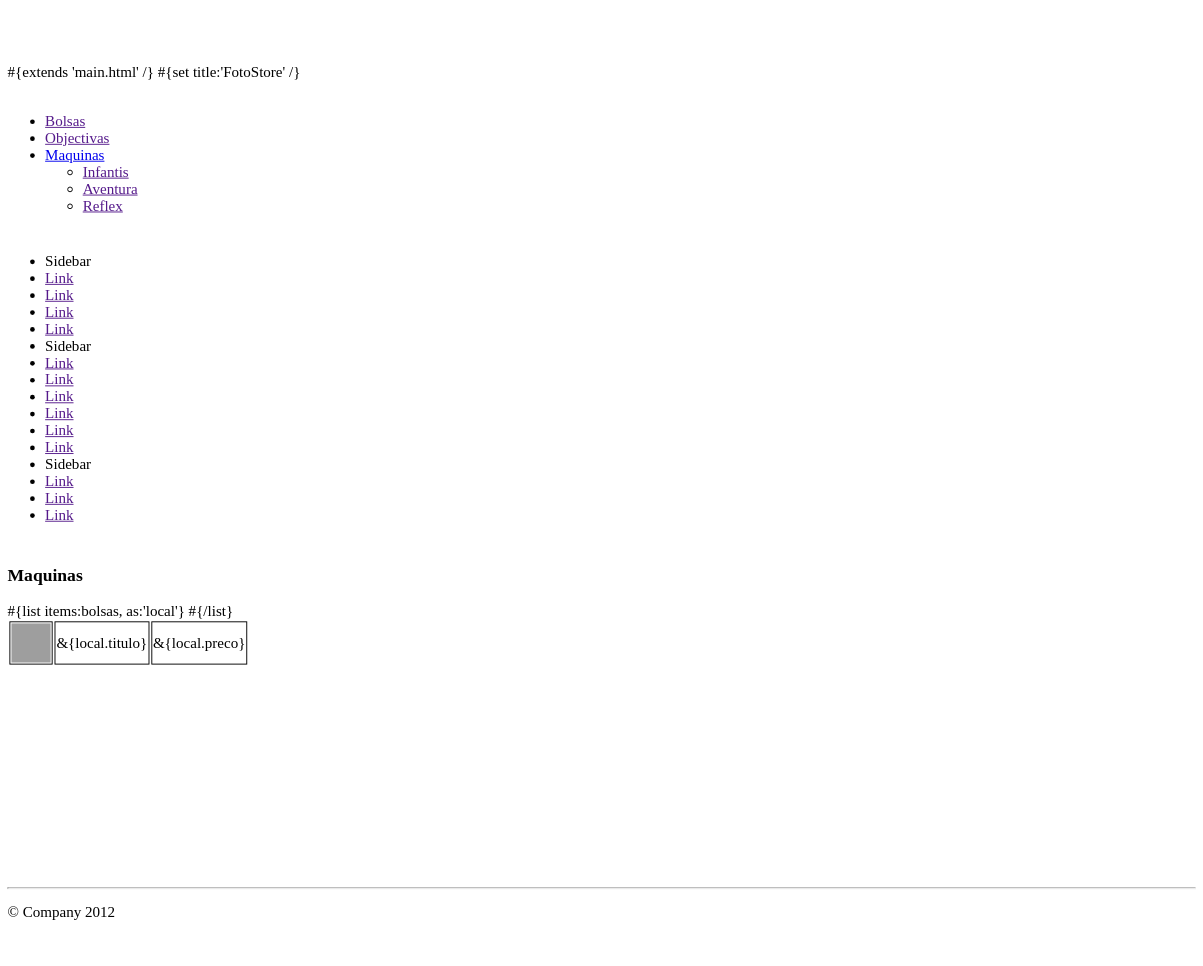
Repository: joaoA/webStore
Page: fotoStore/app/views/Application/exampleAventura.html
An editor plug-in stored every save of this project. The page is shown before and after the next save, followed by the edit.
The browser window is 1280 px wide. The pictures show the whole page, at 94% of full size.
Pictures or frames that could not be fetched are drawn as grey boxes.

Above is the page before, as saved 2012-12-17 15:26:48.

After the next save:
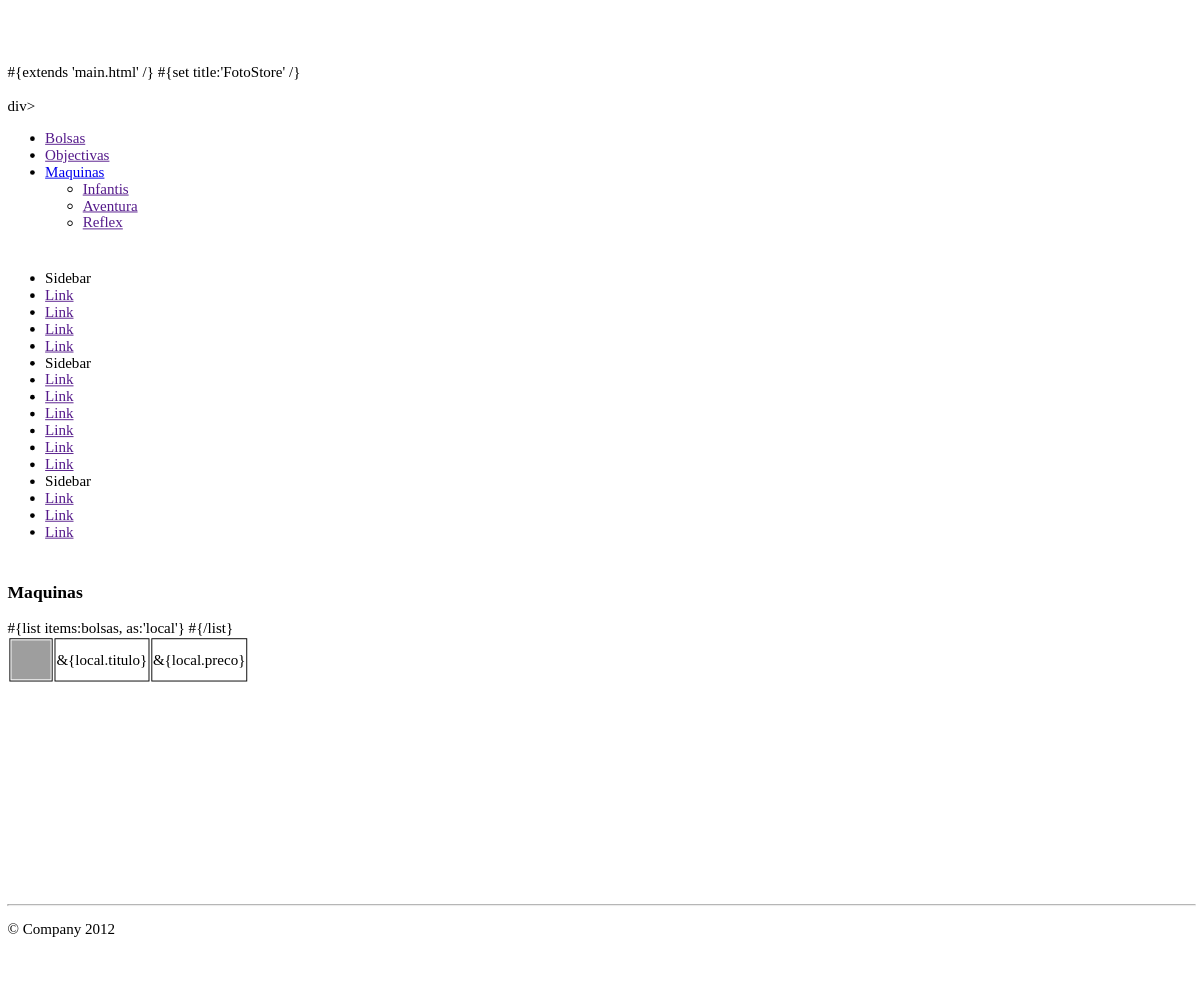
Saved 44 s later.
--- a/fotoStore/app/views/Application/exampleAventura.html
+++ b/fotoStore/app/views/Application/exampleAventura.html
@@ -20,7 +20,7 @@
             <span class="icon-bar"></span>
             <span class="icon-bar"></span>
           </a>
-          <a class="brand" style="color:#FFFFFF;">#{a @Application.index()}Foto Store#{/a}</a>
+          <a class="brand"><div  style="color:#FFFFFF;">#{a @Application.index()}Foto Store#{/a}</div>div></a>
           <div class="nav-collapse collapse">
             <ul class="nav">
               <!--<li class="active"><a href="#">Home</a></li>-->

After the save that followed:
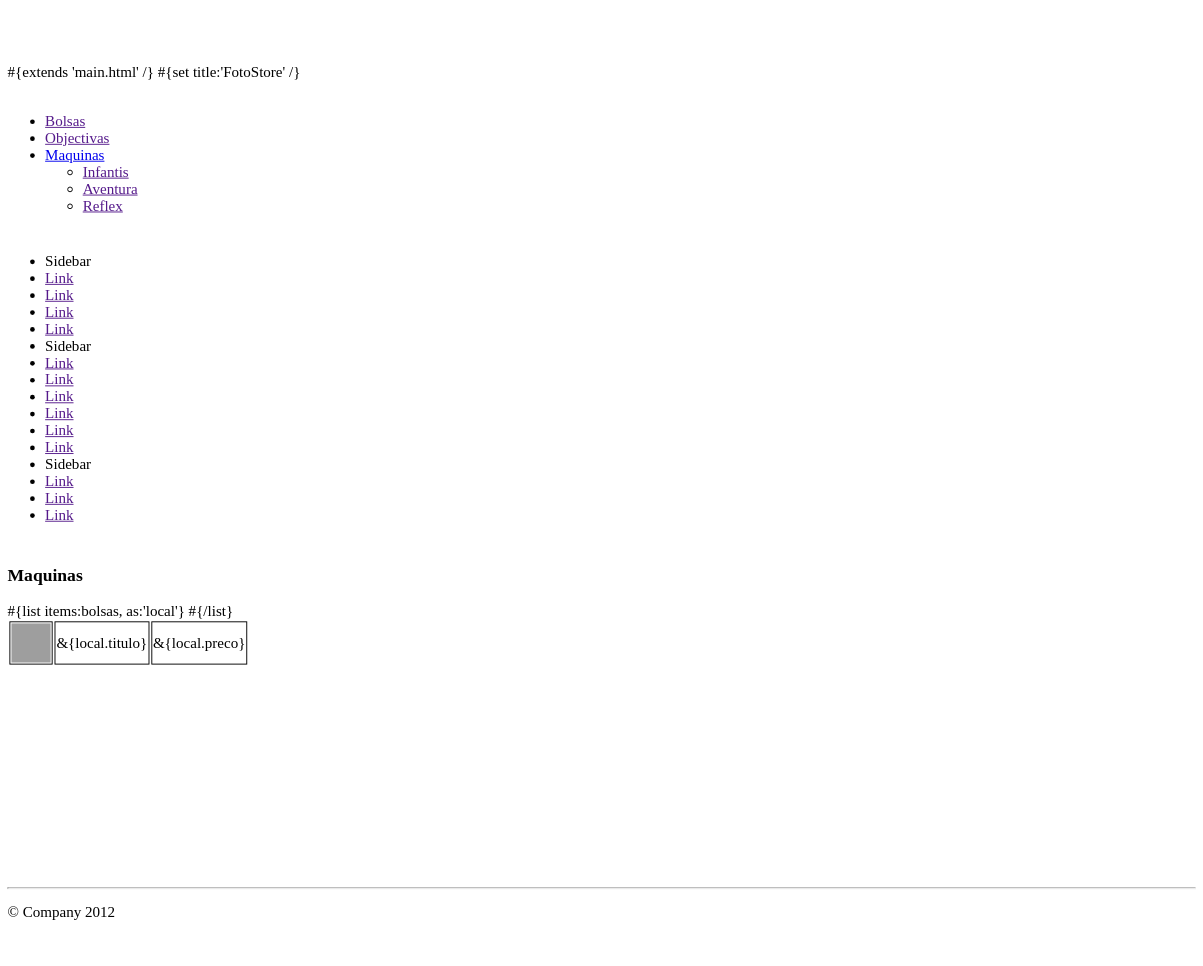
Saved 4 s later.
--- a/fotoStore/app/views/Application/exampleAventura.html
+++ b/fotoStore/app/views/Application/exampleAventura.html
@@ -20,7 +20,7 @@
             <span class="icon-bar"></span>
             <span class="icon-bar"></span>
           </a>
-          <a class="brand"><div  style="color:#FFFFFF;">#{a @Application.index()}Foto Store#{/a}</div>div></a>
+          <a class="brand"><div  style="color:#FFFFFF;">#{a @Application.index()}Foto Store#{/a}</div></a>
           <div class="nav-collapse collapse">
             <ul class="nav">
               <!--<li class="active"><a href="#">Home</a></li>-->
